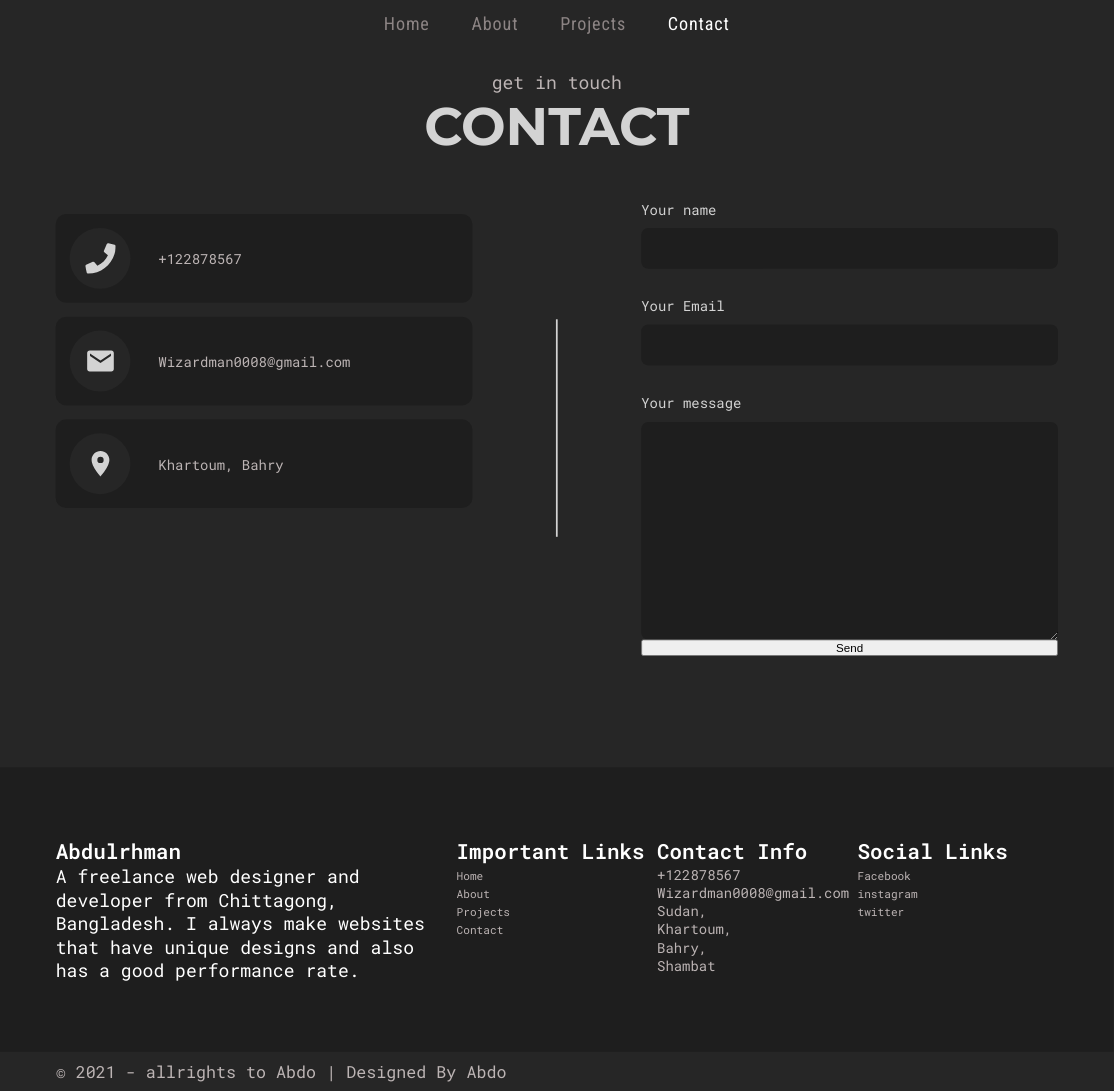
Repository: Abdoulrhman-altyeb/React-Typescript
Page: /contact
An editor plug-in stored every save of this project. The page is shown before and after the next save, followed by the edit.
The browser window is 1280 px wide. The pictures show the whole page, at 87% of full size.
The project was rebuilt for these pictures with package versions that can differ from the ones it lists, and the page was loaded fresh each time. Also part of the build but not shown: src/components/Button.tsx, src/components/ContactButton.tsx, src/components/HeroSection.tsx, src/components/AboutSection.tsx, src/assits/data/Services.ts, src/components/ServiceItems.tsx, src/components/ServicesSection.tsx, src/components/ProjectsSection.tsx and 3 more.

Above is the page before, as saved 2021-05-20 17:58:32.

### public/index.html
<!DOCTYPE html>
<html lang="en">

<head>
  <meta charset="utf-8" />
  <meta name="viewport" content="width=device-width, initial-scale=1" />
  <meta name="theme-color" content="#000000" />
  <meta name="description" content="IT Guys Community" />
  <link rel="preconnect" href="https://fonts.gstatic.com">
  <link href="https://fonts.googleapis.com/css2?family=Roboto:wght@300;400;500;700&display=swap" rel="stylesheet">
  <link rel="preconnect" href="https://fonts.gstatic.com">
<link href="https://fonts.googleapis.com/css2?family=Montserrat:wght@200;300;400;500;700&display=swap" rel="stylesheet">
<link rel="preconnect" href="https://fonts.gstatic.com">
<link href="https://fonts.googleapis.com/css2?family=Roboto+Mono:wght@200;300;400;500;600&display=swap" rel="stylesheet">
<link rel="preconnect" href="https://fonts.gstatic.com">
<link href="https://fonts.googleapis.com/css2?family=Roboto+Condensed:wght@400;700&display=swap" rel="stylesheet">
  <title>App Lab</title>
</head>

<body>
  <noscript>You need to enable JavaScript to run this app.</noscript>
  <div id="root"></div>
</body>

</html>

### src/index.tsx
import ReactDOM from "react-dom";
import App from "./App";
import './assits/styles/style.css'

ReactDOM.render(<App/>,document.getElementById("root"));

### src/App.tsx
import React from "react";
import NavBar from './components/NavBar';
import { BrowserRouter as Router, Route, Switch } from 'react-router-dom'
import Home from "./Pages/Home";
import Contact from "./Pages/Contact";
import About from "./Pages/About";
import Projects from "./Pages/Projects";


const App: React.FC = () => {



  return (
    <>
      <Router>
        <NavBar />
        <Switch>
          <Route  path='/' exact>
            <Home />
          </Route>
          <Route path="/contact">
            <Contact />
          </Route>
          <Route path='/about'>
            <About />
          </Route>
          <Route path='/projects'>
              <Projects/>
          </Route>
        </Switch>
      </Router>
    </>
  )
}

export default App;

### src/assits/styles/style.css
* {
    padding:0;
    margin:0;
    box-sizing:border-box;
    scroll-behavior: auto;
}

body {
    background:#262626;
    color:white;
    font-family: 'Roboto Mono', monospace;
}
::-webkit-scrollbar-track {
    background: #1E1E1E;
}
::-webkit-scrollbar {
    width: 8px;
}
::-webkit-scrollbar-thumb {
    background: #888;
    border-radius: 20px;
}




img,svg{
    width: 100%;
    height:100%;
    object-fit: cover;
}
.container {
    width:90%;
    max-width:1200px;
    margin: 0 auto;
}

.hero__img {
    height:600px;
}
ul {
    list-style: none;
}
p, h1, span,h3,a {
    color:#BCB4B4
}
a {
    text-decoration: none;
    font-size:0.8rem;
}

### src/components/NavBar.tsx
import React,{useState} from 'react';
import styled from 'styled-components';
import { NavLink } from 'react-router-dom';
import { BiMenu, BiX } from 'react-icons/bi';


const NavBar: React.FC = () => {

    const [isActive, setIsActive] = useState<boolean>(false);

    return (
        <NavBarContainer>
            <div className="hamburgerMenu"
                onClick={() => setIsActive(!isActive)}
                role='button'
                tabIndex={0}
                onKeyDown={() => setIsActive(!isActive)}
            >
                <BiMenu/>
            </div>
            <ul className={isActive ? 'ListItems' : 'ListItems hide-items'}>
                <div className='closeMenu'
                    onClick={() => setIsActive(!isActive)}
                    role='button'
                    tabIndex={0}
                    onKeyDown={() => setIsActive(!isActive)}
                >
                    <BiX/>
                </div>
                <li>
                    <NavLink to='/' exact>
                     Home
                    </NavLink>
                </li>
                <li>
                    <NavLink to="/about">
                        About
                    </NavLink>
                </li>
                <li>
                    <NavLink to='projects'>
                        Projects
                    </NavLink>
                </li>
                <li>
                    <NavLink to='contact'>
                        Contact
                    </NavLink>
                </li>
            </ul>
        </NavBarContainer>
    )
}

const NavBarContainer = styled.nav`
    position: fixed;
    z-index:100;
    top:0;
    left:0;
    background-color:#262626;
    font-family: 'Roboto Condensed', sans-serif;
    width:100%;
    ul {
        width:90%;
        max-width:1200px;
        justify-content:center;
        text-align:center;
        margin:0 auto;
        border-radius:12px;
    }
    li {
        display:inline-block;
        cursor:pointer;
    }
    a {
        display:inline-block;
        padding:1rem 1.5rem;
        font-size:1.3rem;
        color:#8c8484;
        letter-spacing: 1px;
        transition:0.3s ease color;
        /* &:hover {
            color:#726f6f;
        } */
    }
    .active {
        color:white;
    }

    .hamburgerMenu {
        font-size:2rem;
        position:absolute;
        top:1rem;
        right:1rem;
        color:white;
        display:none;
        * {
            pointer-events:none;
        }
    }
    .closeMenu{
        display:none;
    }
    @media only screen and (max-width:768px) {
        .hide-items{
            transform: translateY(calc(-100% - 1rem))
        }
        .hamburgerMenu{
            display:block;
        }
        .ListItems {
            width:80%;
            max-width:230px;
            position:absolute;
            top:1rem;
            right:1rem;
            background:#1E1E1E;
            padding:1rem;
            transition: 0.3s ease transform;

            .closeMenu {
                color:white;
                font-size:1.5rem;
                width:1rem;
                margin: 0 0 0 auto;
                cursor: pointer;
                display:block;
                *{
                    pointer-events:none;
                }
            }
        }
        li {
            display:block;
            margin-bottom:1rem;
        }
        a {
            /* padding:1rem; */
            padding:0.2rem;
            outline:none;
        }
    }
`;



export default NavBar;

### src/Pages/Contact.tsx
import React from 'react';
import ContactSection from '../components/ContactSecion';
import FooterSection from '../components/FooterSection';

const Contact: React.FC = () => {
    return (
        <>
            <ContactSection/>
            <FooterSection/>
        </>
    )
}

export default Contact;

### src/components/FooterSection.tsx
import React from 'react';
import styled from 'styled-components';
import PaText from './PaText';
import { Link } from 'react-router-dom';

const FooterSection: React.FC = () => {
    return (
        <>
            <StyledDiv>
                <div className="container">
                    <div className="info">
                        <h2>Abdulrhman</h2>
                        <PaText>
                            A freelance web designer and developer from Chittagong,
                            Bangladesh. I always make websites that have unique designs
                            and also has a good performance rate.
                        </PaText>
                    </div>
                    <div className="pages">
                        <h2>Important Links</h2>
                        <ul>
                            <li>
                                <Link to="/">Home</Link>
                            </li>
                            <li>
                                <Link to="/">About</Link>
                            </li>
                            <li>
                                <Link to="/">Projects</Link>
                            </li>
                            <li>
                                <Link to="/">Contact</Link>
                            </li>
                        </ul>
                    </div>
                    <div className="contact_info">
                        <h2>Contact Info</h2>
                        <ul>
                            <li><p>+122878567</p></li>
                            <li><p>Wizardman0008@gmail.com</p></li>
                            <li><p>Sudan,<br></br>Khartoum,<br></br>Bahry,<br></br>Shambat</p></li>
                        </ul>
                    </div>
                    <div className="social_Links">
                        <h2>Social Links</h2>
                        <ul>
                            <li><a href="https://facebook.com" rel='noreferrer'>Facebook</a></li>
                        </ul>
                        <ul>
                            <li><a href="https://instagram.com" rel='noreferrer'>instagram</a></li>
                        </ul>
                        <ul>
                            <li><a href="https://twitter.com" rel='noreferrer'>twitter</a></li>
                        </ul>
                    </div>
                </div>
            </StyledDiv>
            <StyledCopyright>
                <div className="container">
                    <p>© 2021 - allrights to Abdo  | Designed By Abdo</p>
                </div>
            </StyledCopyright>
        </>

    )
}

const StyledDiv = styled.div`
    background:#1E1E1E;
    padding:5rem 0 ;
    .container{
        display:flex;
    }
    .info{
        flex:2;
    }
    .contact_info,
    .pages,
    .social_Links{
        flex:1;
    }
    @media only screen and (max-width:768px) {
        .container{
            flex-direction:column;
        }
    }
`;
const StyledCopyright = styled.div`
    background:#262626;
    padding:10px 0;
    p{
        font-size:1.2rem;
    }

    @media only screen and (max-width:768px) {
        p{
            font-size:0.9rem;
            width:100%;
        }
    }
`;

export default FooterSection

### src/components/ContactSecion.tsx
import React from 'react';
import styled from 'styled-components';
import SectionsTitle from './SectionsTitle';
import { FaPhone } from 'react-icons/fa';
import { IoMdMail } from 'react-icons/io';
import {MdLocationOn} from 'react-icons/md'

const ContactSection: React.FC = () => {
    return (
        <StyledDiv>
            <div className="container">
                <SectionsTitle title='contact' semiTitle='get in touch' />
                <div className="contact-me">
                    <div className="contact-info">
                        <div className="phone">
                            <div className="icon">
                                <FaPhone/>
                            </div>
                            <span> +122878567</span>
                        </div>
                        <div className="mail">
                            <div className="icon">
                                <IoMdMail/>
                            </div>
                            <span>Wizardman0008@gmail.com</span>
                        </div>
                        <div className="location">
                            <div className="icon">
                                <MdLocationOn/>
                            </div>
                            <span>Khartoum, Bahry</span>
                        </div>
                    </div>
                    <div className="linebetween"></div>
                    <form className='form-contact'>
                        <label htmlFor="name">Your name</label>
                        <input className='name' type="text" id='name' />
                        <label htmlFor="email">Your Email</label>
                        <input type="email" id="email" />
                        <label htmlFor="message">Your message</label>
                        <textarea id="message"></textarea>
                        <button type='submit'>Send</button>
                    </form>
                </div>
            </div>
        </StyledDiv>
    )
}
const StyledDiv = styled.div`
    padding:5rem 0;
    text-align: center;
    .container{
        display: flex;
        flex-direction:column;
    }
    .title{
        p{
            font-size:1.3rem;
        }
        h2{
            font-size:3.8rem;
            margin-top:0;
        }
    }
    .contact-me{
        padding:3rem 0;
        display: flex;
        gap:6rem;
    }
    .contact-info{
        flex:1;
    }
    .phone,
    .mail,
    .location{
        width:100%;
        background:#1E1E1E;
        margin-top:1rem;
        padding:1rem;
        border-radius:12px;
        display: flex;
        align-items: center;
    }
    .icon{
        width:70px;
        height:70px;
        border-radius: 50%;
        display: flex;
        justify-content: center;
        align-items:center;
        margin-right:2rem;
        background:#262626;
    }
    .icon svg{
        width:50%;
        fill: lightgray;
    }
    .linebetween{
        width:2px;
        height:250px;
        background:lightgray;
        align-self:center;
    }

    .form-contact{
        flex:1;
        display: flex;
        flex-direction:column;
        text-align:left;
    }
    .form-contact input, textarea{
        padding:1rem;
        background:#1E1E1E;
        border:none;
        border-radius:8px;
    }
    .form-contact textarea {
        height:250px;
    }
    .form-contact label{
        margin-bottom:0.7rem;
        color:lightgray;
    }
    .form-contact input{
        margin-bottom:2rem;
    }
`;

export default ContactSection;

### src/components/PaText.tsx
import styled from 'styled-components'

const PaText: React.FC = ({children}) => {

    return (
        <TextContainer className='par'>
            {children}
        </TextContainer>
    )
}

const TextContainer = styled.div`
    max-width:500px;
    margin:0 auto;
    line-height:1.3em;
    font-family: 'Roboto Mono', monospace;
    font-size:1.3rem;
    @media only screen and (max-width:768px) {
        font-size:1.1rem;
    }
`;

export default PaText

### src/components/SectionsTitle.tsx
import React from 'react';
import styled from 'styled-components';

const SectionsTitle:React.FC<SectionTitle> = ({title,semiTitle}) => {
    return (
        <StyledSectionTitle className='title'>
            <p>{semiTitle}</p>
            <h2>{title}</h2>
        </StyledSectionTitle>
    )
}

const StyledSectionTitle = styled.div`
    P{
        font-size:1.5rem;
    }
    h2{
        font-size:3.8rem;
        font-family: 'Montserrat', sans-serif;
        text-transform:uppercase;
        margin-top:0.7rem;
        color:lightgray;
    }
    @media only screen and (max-width:768px){
        p{
            font-size:1rem;
        }
        h2{
            font-size:2rem;

        }
    }
`;

export default SectionsTitle;

After the next save:
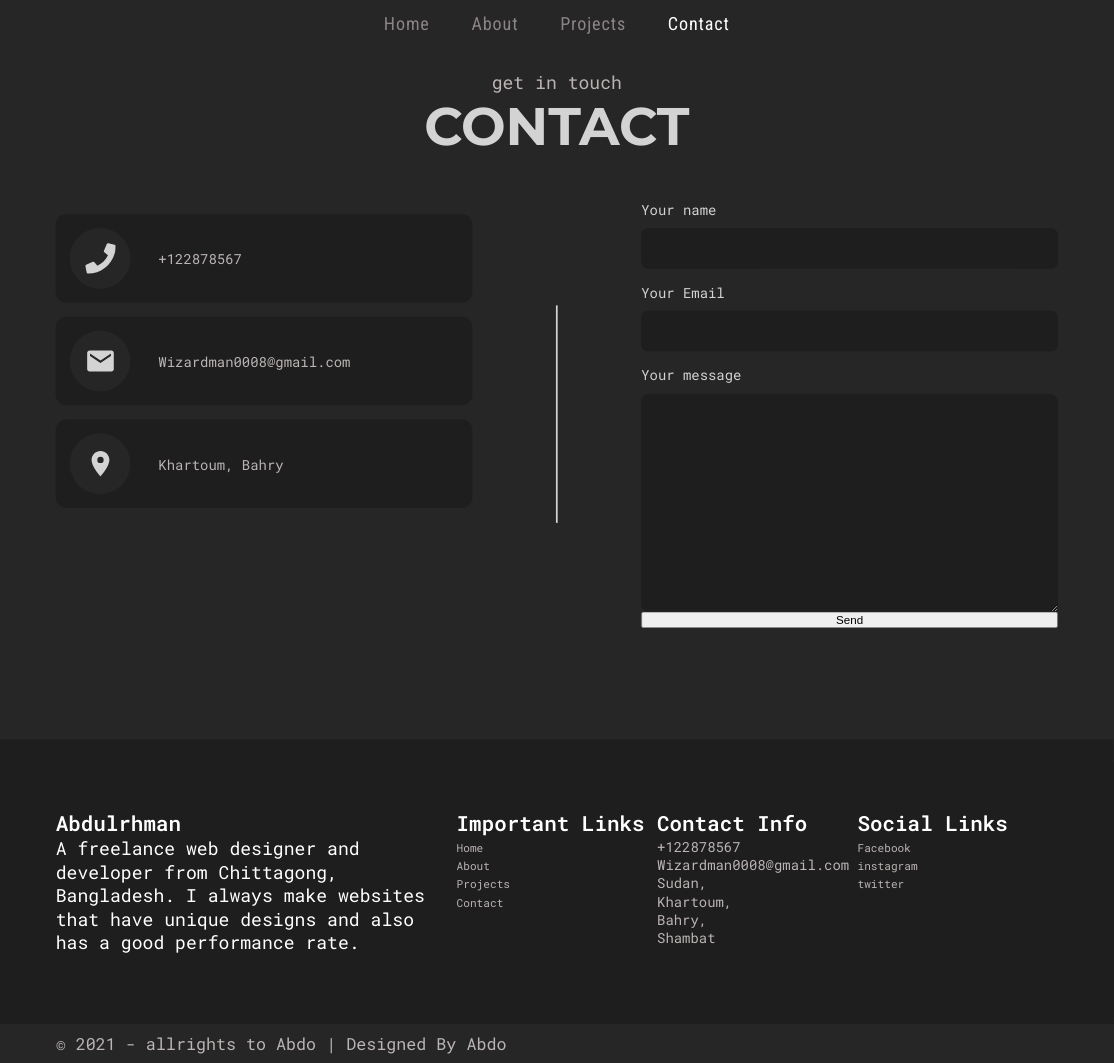
Saved 4 s later.
--- a/src/components/ContactSecion.tsx
+++ b/src/components/ContactSecion.tsx
@@ -122,7 +122,7 @@ const StyledDiv = styled.div`
         color:lightgray;
     }
     .form-contact input{
-        margin-bottom:2rem;
+        margin-bottom:1rem;
     }
 `;
 
